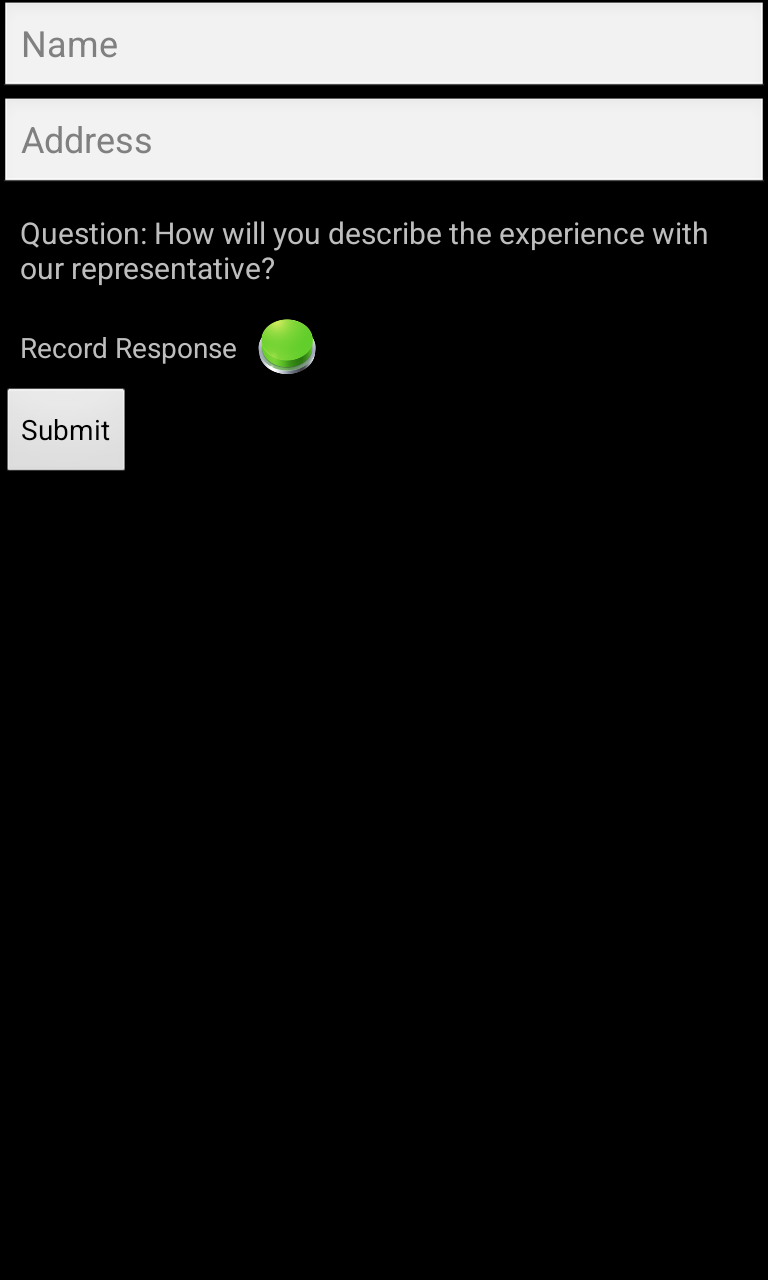
Repository: Anmol92verma/SurveyApp
Layout: SoundServey/res/layout/activity_main.xml
The author's editor kept a copy of each file at every save. The layout is drawn from the files as they stood at one save, then again after the next save.
It is drawn on a 768 x 1280 px phone screen (xhdpi) without system bars, with theme android:Theme.Black; the app's code is not run.

Above is the layout before, as saved 2015-02-21 16:50:53.

### SoundServey/res/layout/activity_main.xml
<RelativeLayout xmlns:android="http://schemas.android.com/apk/res/android"
    xmlns:tools="http://schemas.android.com/tools"
    android:layout_width="match_parent"
    android:layout_height="match_parent" >

    <ScrollView
        android:id="@+id/scrollView1"
        android:layout_width="match_parent"
        android:layout_height="wrap_content" >

        <LinearLayout
            android:layout_width="match_parent"
            android:layout_height="wrap_content"
            android:orientation="vertical" >

            <EditText
                android:id="@+id/edittext_name"
                android:layout_width="match_parent"
                android:layout_height="wrap_content"
                android:hint="@string/string_name" />

            <EditText
                android:id="@+id/edittext_address"
                android:layout_width="match_parent"
                android:layout_height="wrap_content"
                android:hint="@string/string_address" />

            <TextView
                android:id="@+id/textview_question"
                android:layout_width="wrap_content"
                android:layout_height="wrap_content"
                android:padding="@dimen/dimen_paddingtext"
                android:text="@string/string_question"
                android:textSize="@dimen/dimen_sizetext" />

            <RelativeLayout
                android:layout_width="match_parent"
                android:layout_height="wrap_content" >

                <TextView
                    android:id="@+id/textview_recording"
                    android:layout_width="wrap_content"
                    android:layout_height="wrap_content"
                    android:layout_centerVertical="true"
                    android:padding="@dimen/dimen_paddingtext"
                    android:text="@string/string_recording" />

                <ImageView
                    android:id="@+id/imageview_recorder"
                    android:layout_width="@dimen/dimen_size_recorded"
                    android:layout_height="@dimen/dimen_size_recorded"
                    android:layout_centerVertical="true"
                    android:layout_toRightOf="@+id/textview_recording"
                    android:contentDescription="@null"
                    android:src="@drawable/start" />
            </RelativeLayout>

            <Button
                android:id="@+id/button_sendData"
                android:layout_width="wrap_content"
                android:layout_height="wrap_content"
                android:text="@string/string_submit"
                />
        </LinearLayout>
    </ScrollView>

</RelativeLayout>

### SoundServey/res/values/strings.xml
<?xml version="1.0" encoding="utf-8"?>
<resources>

    <string name="app_name">SoundSer</string>
    <string name="string_name">Name</string>
    <string name="string_address">Address</string>
    <string name="string_question">Question: How will you describe the experience with our representative?</string>
    <string name="string_recording">Record Response</string>
    <string name="string_submit">Submit</string>

</resources>

### SoundServey/res/values/dimens.xml
<?xml version="1.0" encoding="utf-8"?>
<resources>
    <dimen name="dimen_paddingtext">10dp</dimen>
    <dimen name="dimen_sizetext">15dp</dimen>
    <dimen name="dimen_size_recorded">30dp</dimen>
</resources>

After the next save:
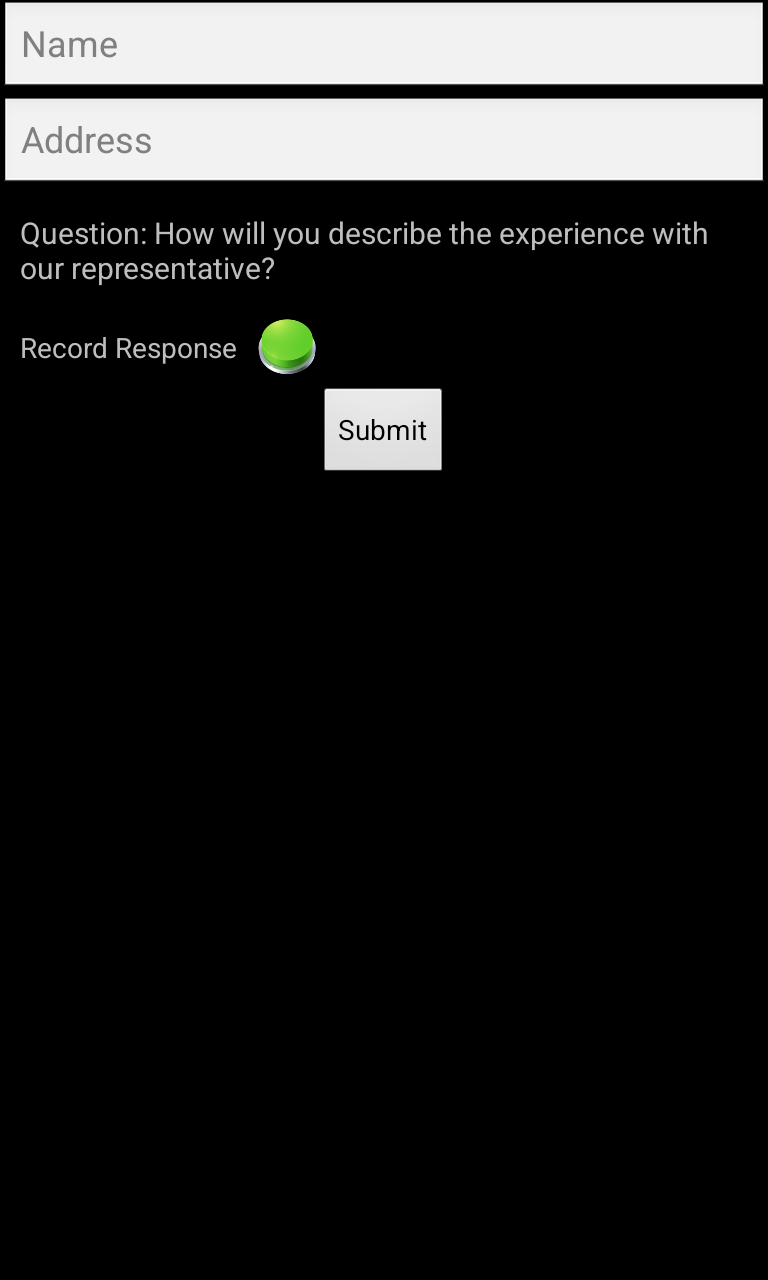
Saved 16 s later.
--- a/SoundServey/res/layout/activity_main.xml
+++ b/SoundServey/res/layout/activity_main.xml
@@ -59,8 +59,9 @@
                 android:id="@+id/button_sendData"
                 android:layout_width="wrap_content"
                 android:layout_height="wrap_content"
-                android:text="@string/string_submit"
-                />
+                android:layout_gravity="center_horizontal"
+                android:text="@string/string_submit" />
+
         </LinearLayout>
     </ScrollView>
 
